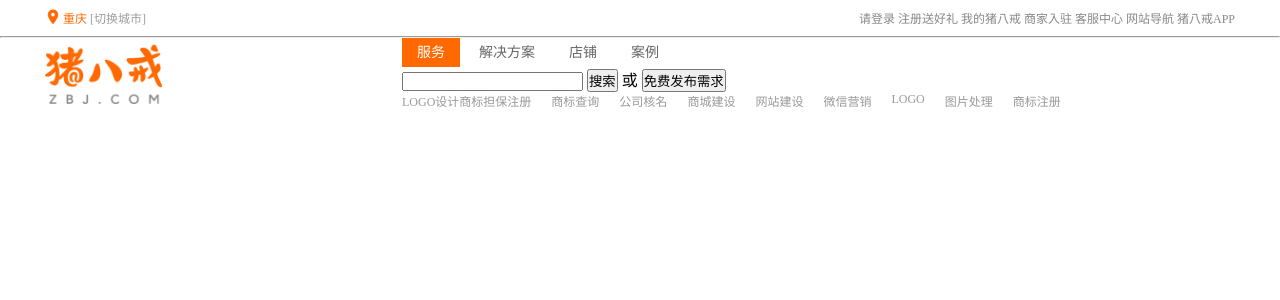
Repository: 13982720426/zbj
Page: HTML/index.html
These files come from the project's save history. The page is drawn as it stood at one moment and after the next save; the edit follows.
The browser window is 1280 px wide. The pictures show the whole page.

Above is the page before, as saved 2021-07-15 15:20:06.

After the next save:
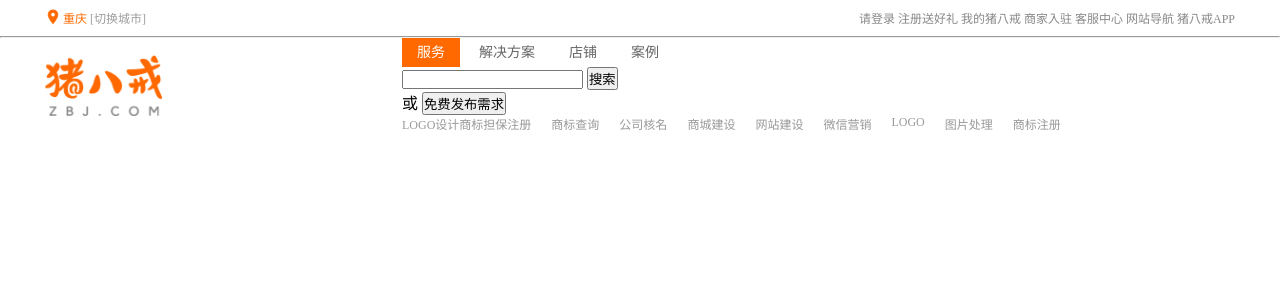
Saved 2 min 12 s later.
--- a/HTML/index.html
+++ b/HTML/index.html
@@ -42,8 +42,11 @@
             </ul>
           </div>
           <div class="header-bd-wrap-search">
-            <input type="text" name="" id="" />
-            <button class="btn-search">搜索</button>
+            <form action="">
+              <input type="text" name="" id="" />
+              <button class="btn-search">搜索</button>
+            </form>
+
             <span class="huo">或</span>
             <button class="search-pub-task">免费发布需求</button>
           </div>

After the save that followed:
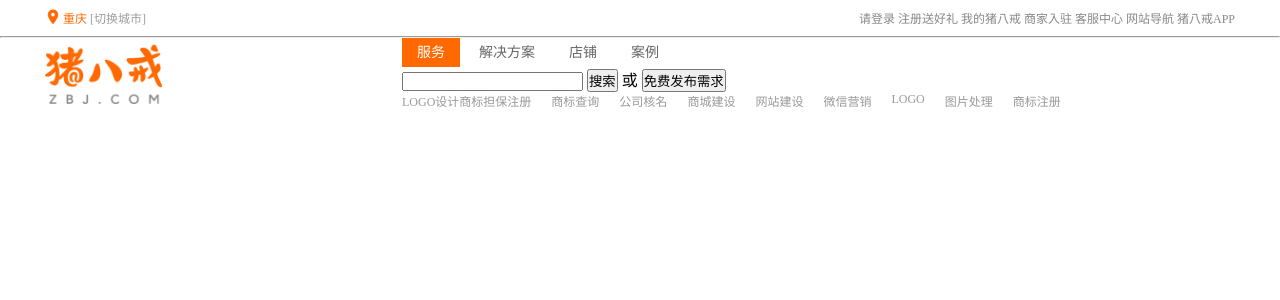
Saved 13 s later.
--- a/HTML/index.html
+++ b/HTML/index.html
@@ -45,10 +45,9 @@
             <form action="">
               <input type="text" name="" id="" />
               <button class="btn-search">搜索</button>
+              <span class="huo">或</span>
+              <button class="search-pub-task">免费发布需求</button>
             </form>
-
-            <span class="huo">或</span>
-            <button class="search-pub-task">免费发布需求</button>
           </div>
 
           <div class="header-bd-wrap-nav">
